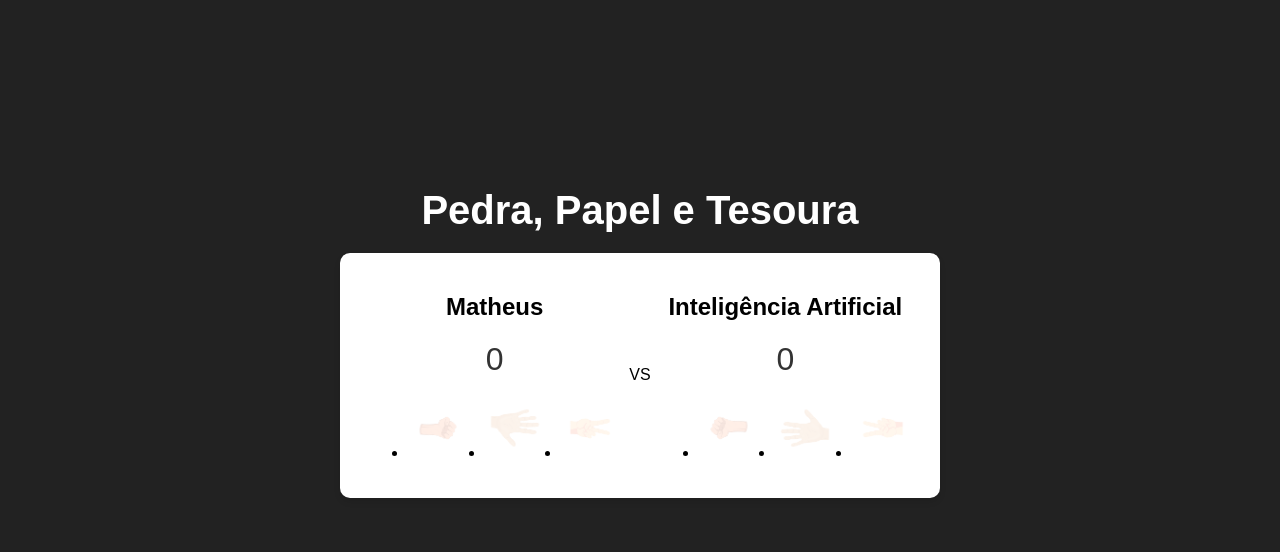
Repository: Matheus904-12/Pedra-Papel
Page: index.html
An editor plug-in stored every save of this project. The page is shown before and after the next save, followed by the edit.
The browser window is 1280 px wide. The pictures show the whole page.

Above is the page before, as saved 2023-08-28 21:45:00.

After the next save:
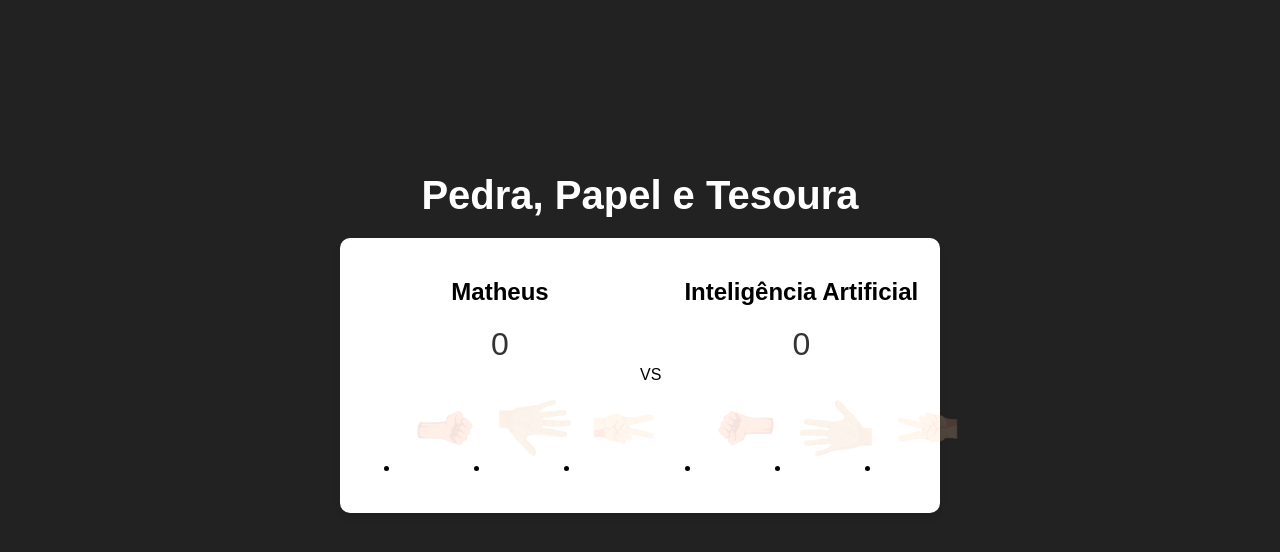
Saved 4 s later.
--- a/style.css
+++ b/style.css
@@ -70,7 +70,7 @@ body {
 }
 
 .escolhas img {
-    max-width: 60px;
+    max-width: 90px;
     cursor: pointer;
     transition: transform 0.3s ease;
 }
